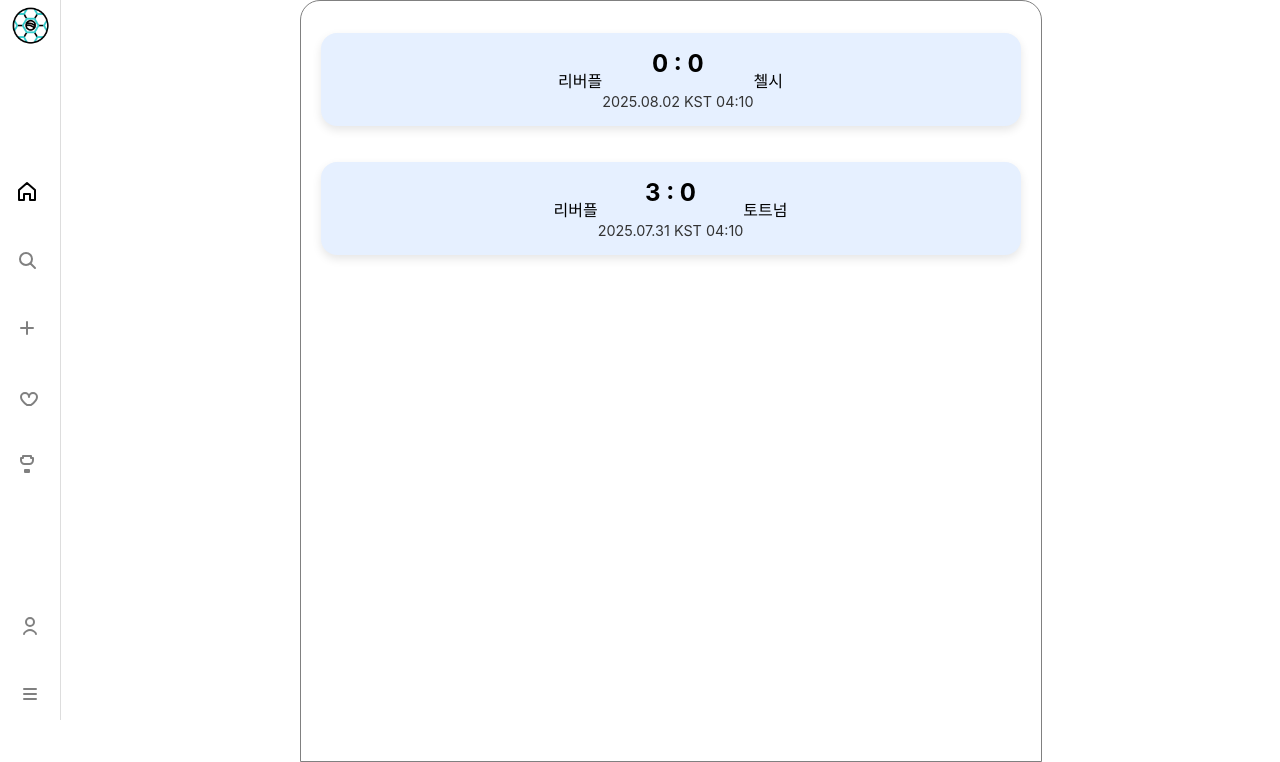
Repository: compick/compick_frontend
Page: /home
The author's editor kept a copy of each file at every save. The page is drawn from the files as they stood at one save, then again after the next save.
The browser window is 1280 px wide. The pictures show the whole page.
Pictures or frames that could not be fetched are drawn as grey boxes. The project was rebuilt for these pictures with package versions that can differ from the ones it lists, and the page was loaded fresh each time. Also part of the build but not shown: src/pages/login/LoginUser.js, src/pages/login/RegisterUser.js, src/styles/login.css.

Above is the page before, as saved 2025-07-31 17:53:28.

After the next save:
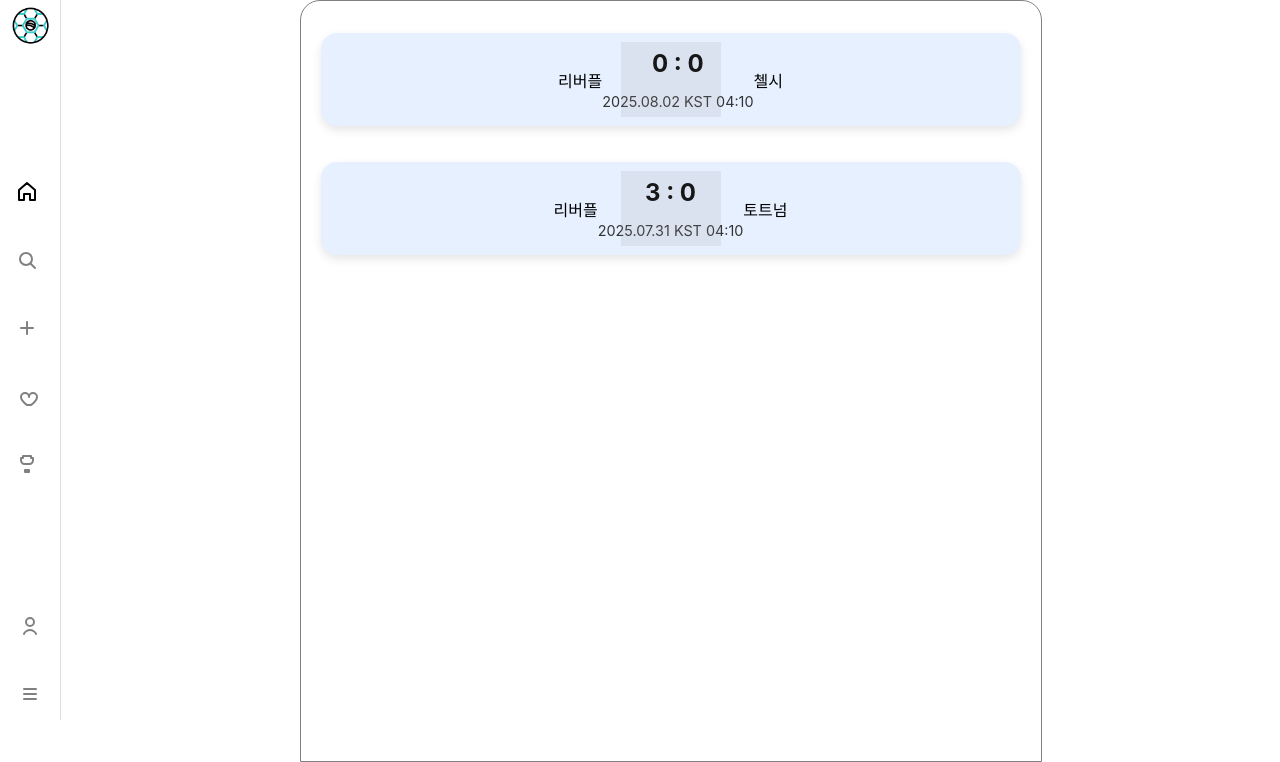
Saved 11 s later.
--- a/src/styles/body.css
+++ b/src/styles/body.css
@@ -35,6 +35,18 @@
   justify-content: center;
   box-shadow: 0 4px 10px rgba(0, 0, 0, 0.1);
 }
+.teamBg {
+  position: absolute;
+  top: 0;
+  bottom: 0;
+  width: 100px;
+  background-size: contain;
+  background-repeat: no-repeat;
+  background-position: center;
+  opacity: 0.08;
+  z-index: 0;
+}
+
 .matchTime {
   font-size: 0.9rem;
   color: #333;

After the save that followed:
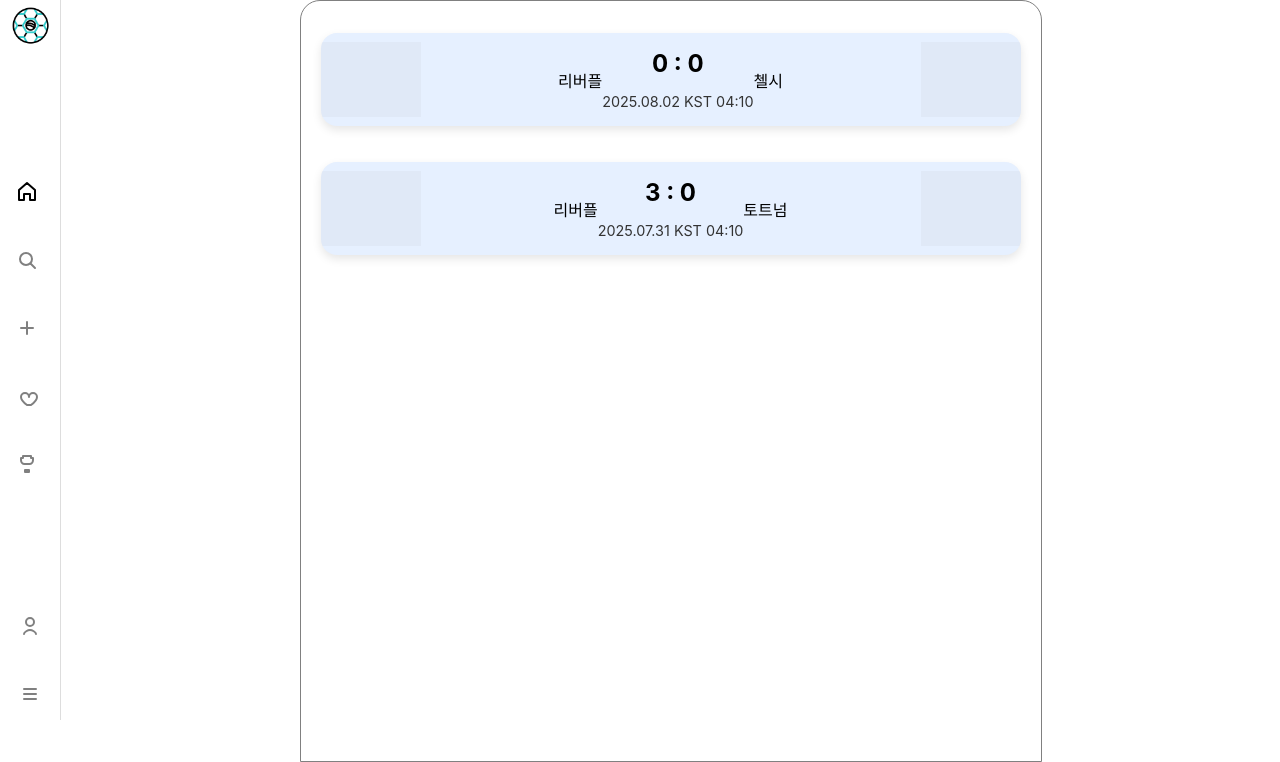
Saved 8 s later.
--- a/src/styles/body.css
+++ b/src/styles/body.css
@@ -46,6 +46,13 @@
   opacity: 0.08;
   z-index: 0;
 }
+.teamBg.left {
+  left: 0;
+}
+
+.teamBg.right {
+  right: 0;
+}
 
 .matchTime {
   font-size: 0.9rem;
